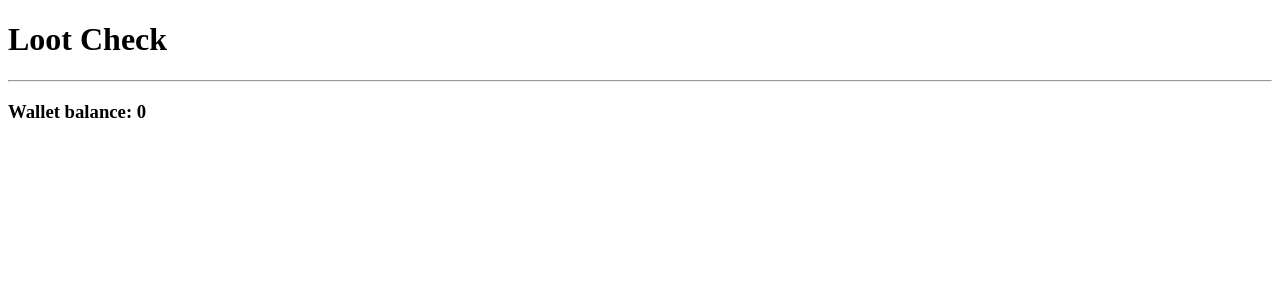
Repository: kosach/lootcheck
Page: /
These files come from the project's save history. The page is drawn as it stood at one moment and after the next save; the edit follows.
The browser window is 1280 px wide. The pictures show the whole page.
The project was rebuilt for these pictures with package versions that can differ from the ones it lists, and the page was loaded fresh each time.

Above is the page before, as saved 2017-10-19 12:43:04.

### src/index.js
import React from "react";
import { render } from "react-dom";
import { createStore } from 'redux'
import { Provider } from "react-redux";
import rootReducer from "./reducers/balance";
import App from "./components/App";

const store = createStore(rootReducer);
render(
  <Provider store={store}>
    <App />
  </Provider>,
  document.getElementById('root')
);

### src/reducers/balance.js
import * as constants from '../actions/constants';

const balance = ( state = 0, action) => {
  switch (action.type) {
    case constants.SET_BALANCE:
      return action.balance;
    case constants.DEPOSIT:
      return state + action.deposit;
    case constants.WITHDRAW:
      return state - action.withdrawal;
    default:
      return state;
  }
}

export default balance;

### src/components/App.jsx
import React, { Component } from 'react';
import Wallet from './Wallet';

class App extends Component {
  render() {
    return (
      <div>
        <h1>Loot Check</h1>
        <hr />
        <Wallet />
      </div>
    );
  }
}

export default App;

### src/actions/constants.js
export const SET_BALANCE = 'SET_BALANCE';
export const DEPOSIT = 'DEPOSIT';
export const WITHDRAW = 'WITHDRAW';

### src/components/Wallet.jsx
import React, { Component } from 'react';
import { connect } from 'react-redux';

export class Wallet extends Component {
  render (){
    return(
      <div>
        <h3 className='balance'>Wallet balance: {this.props.balance}</h3>
      </div>
    )
  }
}

export default connect( state => { return { balance: state } }, null)(Wallet);

Loaded but not shown: public/index.html (common file)

After the next save:
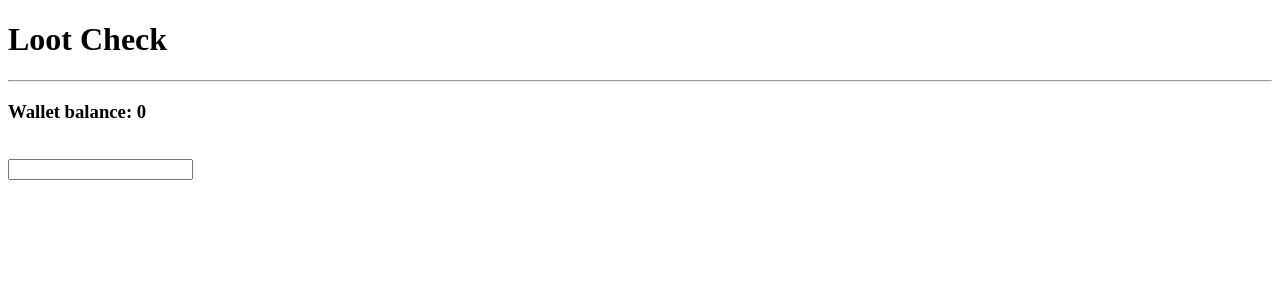
Saved 48 s later.
--- a/src/components/Wallet.jsx
+++ b/src/components/Wallet.jsx
@@ -6,6 +6,8 @@ export class Wallet extends Component {
     return(
       <div>
         <h3 className='balance'>Wallet balance: {this.props.balance}</h3>
+        <br />
+        <input className="input-wallet" />
       </div>
     )
   }
